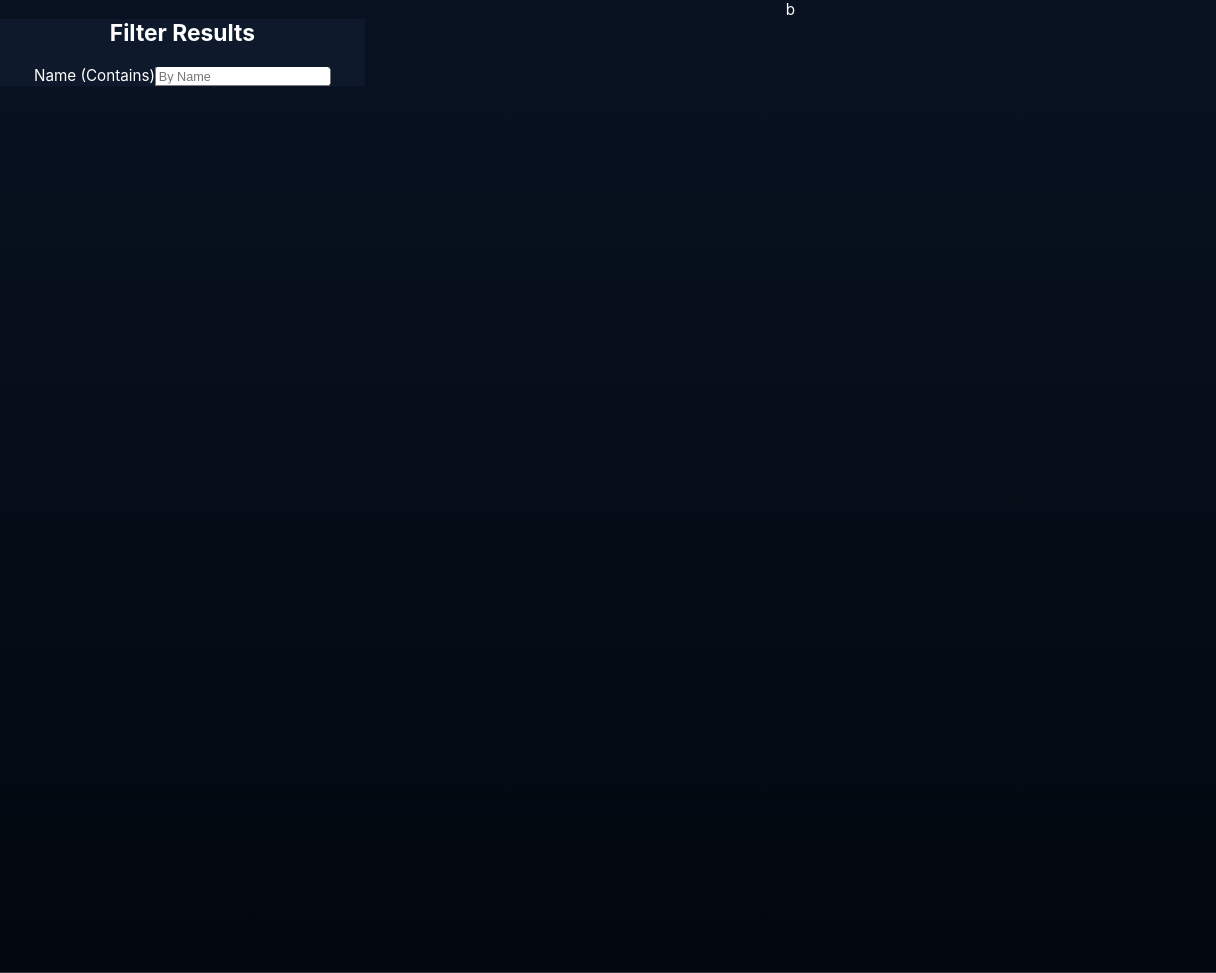
Repository: seyicoded/testestech
Page: /
An editor plug-in stored every save of this project. The page is shown before and after the next save, followed by the edit.
The browser window is 1280 px wide. The pictures show the whole page, at 95% of full size.
The project was rebuilt for these pictures with package versions that can differ from the ones it lists, and the page was loaded fresh each time.

Above is the page before, as saved 2022-02-07 13:39:25.

After the next save:
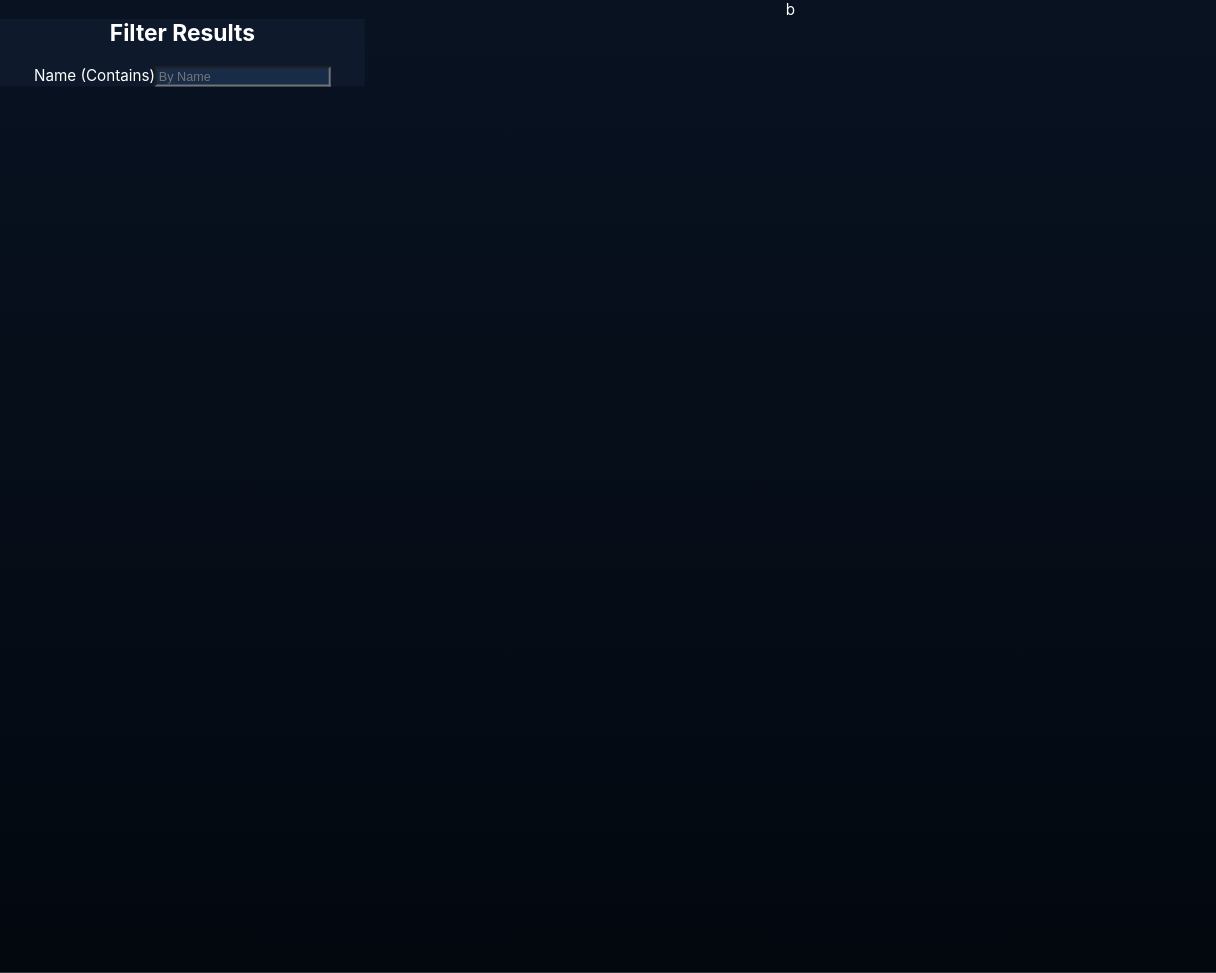
Saved 59 s later.
--- a/src/App.css
+++ b/src/App.css
@@ -67,3 +67,6 @@
   padding: 15;
   background: #0e1a2b;
 }
+.Container .left .card input {
+  background: #182c47;
+}
